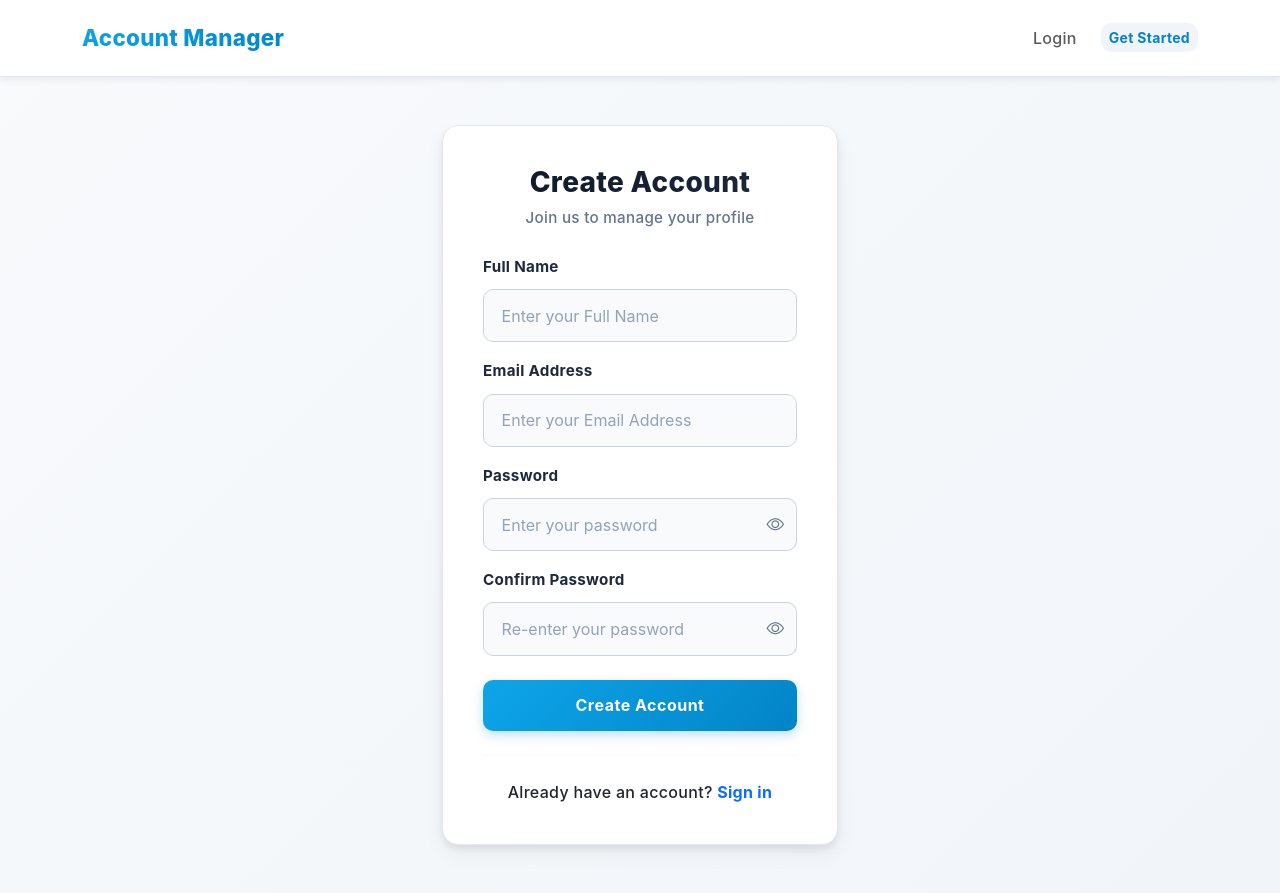
Repository: dharmik2910/Chaintech-Account-Manager
Page: /register
An editor plug-in stored every save of this project. The page is shown before and after the next save, followed by the edit.
The browser window is 1280 px wide. The pictures show the whole page.
The project was rebuilt for these pictures with package versions that can differ from the ones it lists, and the page was loaded fresh each time. Also part of the build but not shown: vite.config.js, src/pages/AccountPage.jsx, src/pages/LoginPage.jsx.

Above is the page before, as saved 2025-12-16 22:04:26.

### index.html
<!doctype html>
<html lang="en">
  <head>
    <meta charset="UTF-8" />
    <link rel="icon" type="image/svg+xml" href="/vite.svg" />
    <meta name="viewport" content="width=device-width, initial-scale=1.0" />
    <!-- Bootstrap Icons for simple eye / eye-slash icons -->
    <link
      rel="stylesheet"
      href="https://cdn.jsdelivr.net/npm/bootstrap-icons@1.11.3/font/bootstrap-icons.min.css"
    />
    <title>chaintech</title>
  </head>
  <body>
    <div id="root"></div>
    <script type="module" src="/src/main.jsx"></script>
  </body>
</html>

### src/main.jsx
import { StrictMode } from 'react'
import { createRoot } from 'react-dom/client'
import { BrowserRouter } from 'react-router-dom'
import 'bootstrap/dist/css/bootstrap.min.css'
import './index.css'
import App from './App.jsx'
import { AuthProvider } from './AuthContext.jsx'

createRoot(document.getElementById('root')).render(
  <StrictMode>
    <BrowserRouter>
      <AuthProvider>
        <App />
      </AuthProvider>
    </BrowserRouter>
  </StrictMode>,
)

### src/index.css
* {
  -webkit-font-smoothing: antialiased;
  -moz-osx-font-smoothing: grayscale;
  box-sizing: border-box;
}

html {
  scroll-behavior: smooth;
}

body {
  margin: 0;
  min-height: 100vh;
  font-family: -apple-system, BlinkMacSystemFont, 'Segoe UI', 'Roboto', 'Oxygen',
    'Ubuntu', 'Cantarell', 'Fira Sans', 'Droid Sans', 'Helvetica Neue',
    sans-serif;
  background: linear-gradient(135deg, #f8fafc 0%, #f1f5f9 100%);
  color: #0f172a;
  font-weight: 500;
  letter-spacing: 0.3px;
}

#root {
  min-height: 100vh;
}

### src/App.jsx
import { Link, Navigate, Route, Routes, useNavigate } from 'react-router-dom'
import './App.css'
import { useAuth } from './AuthContext.jsx'
import AccountPage from './pages/AccountPage.jsx'
import LoginPage from './pages/LoginPage.jsx'
import RegisterPage from './pages/RegisterPage.jsx'

// Simple layout with a top navbar
function Layout({ children }) {
  const { currentUser, logout } = useAuth()
  const navigate = useNavigate()

  const handleLogout = () => {
    logout()
    navigate('/login')
  }

  return (
    <div className="app-root">
      <nav className="navbar navbar-expand-lg">
        <div className="container">
          <Link className="navbar-brand" to="/">
            Account Manager
          </Link>
          <button
            className="navbar-toggler"
            type="button"
            data-bs-toggle="collapse"
            data-bs-target="#mainNavbar"
            aria-controls="mainNavbar"
            aria-expanded="false"
            aria-label="Toggle navigation"
          >
            <span className="navbar-toggler-icon" />
          </button>
          <div className="collapse navbar-collapse" id="mainNavbar">
            <ul className="navbar-nav ms-auto align-items-lg-center gap-lg-2">
              {currentUser ? (
                <>
                  <li className="nav-item me-lg-2">
                    <span className="navbar-text small">Signed in as {currentUser.name}</span>
                  </li>
                  <li className="nav-item mt-2 mt-lg-0">
                    <button className="btn btn-outline-light btn-sm" onClick={handleLogout}>
                      Logout
                    </button>
                  </li>
                </>
              ) : (
                <>
                  <li className="nav-item">
                    <Link className="nav-link" to="/login">
                      Login
                    </Link>
                  </li>
                  <li className="nav-item">
                    <Link className="btn btn-light btn-sm ms-lg-2 mt-2 mt-lg-0" to="/register">
                      Get Started
                    </Link>
                  </li>
                </>
              )}
            </ul>
          </div>
        </div>
      </nav>

      <main className="app-main">
        <div className="container">{children}</div>
      </main>
    </div>
  )
}

// Protect routes that require authentication
function PrivateRoute({ children }) {
  const { currentUser, initialised } = useAuth()

  if (!initialised) {
    return (
      <div className="text-center mt-5">
        <div className="spinner-border text-primary" role="status">
          <span className="visually-hidden">Loading...</span>
        </div>
      </div>
    )
  }

  if (!currentUser) {
    return <Navigate to="/login" replace />
  }

  return children
}

function App() {
  return (
    <Layout>
      <Routes>
        <Route path="/" element={<Navigate to="/account" replace />} />
        <Route path="/login" element={<LoginPage />} />
        <Route path="/register" element={<RegisterPage />} />
        <Route
          path="/account"
          element={
            <PrivateRoute>
              <AccountPage />
            </PrivateRoute>
          }
        />
        <Route path="*" element={<Navigate to="/" replace />} />
      </Routes>
    </Layout>
  )
}

export default App

### src/pages/RegisterPage.jsx
import { useState } from 'react'
import { Link, useNavigate } from 'react-router-dom'
import { useAuth } from '../AuthContext.jsx'

function RegisterPage() {
  const { register } = useAuth()
  const navigate = useNavigate()
  const [name, setName] = useState('')
  const [email, setEmail] = useState('')
  const [password, setPassword] = useState('')
  const [confirmPassword, setConfirmPassword] = useState('')
  const [showPassword, setShowPassword] = useState(false)
  const [showConfirmPassword, setShowConfirmPassword] = useState(false)
  const [error, setError] = useState('')
  const [errors, setErrors] = useState({})
  const [isSubmitting, setIsSubmitting] = useState(false)

  const getPasswordStrength = (pwd) => {
    if (!pwd) return { level: 0, text: '', color: '' }

    let strength = 0

    // Length check
    if (pwd.length >= 6) strength++
    if (pwd.length >= 10) strength++
    if (pwd.length >= 14) strength++

    // Uppercase check
    if (/[A-Z]/.test(pwd)) strength++

    // Lowercase check
    if (/[a-z]/.test(pwd)) strength++

    // Number check
    if (/[0-9]/.test(pwd)) strength++

    // Special character check
    if (/[!@#$%^&*()_+=\-{};':"\\|,.<>/?]/.test(pwd)) strength++

    if (strength <= 2) {
      return { level: 1, text: 'Weak', color: '#ef4444' }
    } else if (strength <= 4) {
      return { level: 2, text: 'Medium', color: '#f59e0b' }
    } else {
      return { level: 3, text: 'Strong', color: '#22c55e' }
    }
  }

  const passwordStrength = getPasswordStrength(password)

  const validateEmail = (email) => {
    const emailRegex = /^[^\s@]+@[^\s@]+\.[^\s@]+$/
    return emailRegex.test(email)
  }

  const validateForm = () => {
    const newErrors = {}

    if (!name.trim()) {
      newErrors.name = 'Full name is required'
    } else if (name.trim().length < 2) {
      newErrors.name = 'Name must be at least 2 characters'
    }

    if (!email.trim()) {
      newErrors.email = 'Email is required'
    } else if (!validateEmail(email)) {
      newErrors.email = 'Please enter a valid email address'
    }

    if (!password) {
      newErrors.password = 'Password is required'
    } else if (password.length < 6) {
      newErrors.password = 'Password must be at least 6 characters'
    } else if (passwordStrength.level === 1) {
      newErrors.password = 'Password is Weak - Add uppercase, numbers, or special characters'
    }

    if (!confirmPassword) {
      newErrors.confirmPassword = 'Please confirm your password'
    } else if (password !== confirmPassword) {
      newErrors.confirmPassword = 'Passwords do not match'
    }

    setErrors(newErrors)
    return Object.keys(newErrors).length === 0
  }

  const handleFieldChange = (field, value) => {
    if (field === 'name') {
      setName(value)
      if (errors.name) setErrors(prev => ({ ...prev, name: '' }))
    } else if (field === 'email') {
      setEmail(value)
      if (errors.email) setErrors(prev => ({ ...prev, email: '' }))
    } else if (field === 'password') {
      setPassword(value)
      if (errors.password) setErrors(prev => ({ ...prev, password: '' }))
    } else if (field === 'confirmPassword') {
      setConfirmPassword(value)
      if (errors.confirmPassword) setErrors(prev => ({ ...prev, confirmPassword: '' }))
    }
    setError('')
  }

  const handleSubmit = async (event) => {
    event.preventDefault()
    setError('')

    if (!validateForm()) {
      return
    }

    try {
      setIsSubmitting(true)
      await register({ name, email, password })
      navigate('/account')
    } catch (e) {
      setError(e.message || 'Unable to register. Please try again.')
    } finally {
      setIsSubmitting(false)
    }
  }

  return (
    <div className="row justify-content-center">
      <div className="col-md-6 col-lg-5 auth-wrapper">
        <div className="card">
          <div className="card-body">
            <h3 className="card-title mb-2 text-center">Create Account</h3>
            <p className="text-muted text-center mb-4">
              Join us to manage your profile
            </p>
            {error && (
              <div className="alert alert-danger" role="alert">
                <strong>Registration Failed:</strong> {error}
              </div>
            )}
            <form onSubmit={handleSubmit} noValidate>
              <div className="mb-3">
                <label htmlFor="name" className="form-label">
                  Full Name
                </label>
                <input
                  id="name"
                  type="text"
                  className={`form-control ${errors.name ? 'is-invalid' : ''}`}
                  value={name}
                  onChange={(e) => handleFieldChange('name', e.target.value)}
                  placeholder="Enter your Full Name"
                  required
                />
                {errors.name && (
                  <div className="invalid-feedback d-block">{errors.name}</div>
                )}
              </div>
              <div className="mb-3">
                <label htmlFor="email" className="form-label">
                  Email Address
                </label>
                <input
                  id="email"
                  type="email"
                  className={`form-control ${errors.email ? 'is-invalid' : ''}`}
                  value={email}
                  onChange={(e) => handleFieldChange('email', e.target.value)}
                  placeholder="Enter your Email Address"
                  required
                />
                {errors.email && (
                  <div className="invalid-feedback d-block">{errors.email}</div>
                )}
              </div>
              <div className="mb-3">
                <label htmlFor="password" className="form-label">
                  Password
                </label>
                <div className="input-group">
                  <input
                    id="password"
                    type={showPassword ? 'text' : 'password'}
                    className={`form-control ${errors.password ? 'is-invalid' : ''}`}
                    value={password}
                    onChange={(e) => handleFieldChange('password', e.target.value)}
                    placeholder="Enter your password"
                    required
                  />
                  <button
                    type="button"
                    className="btn password-toggle-btn"
                    onClick={() => setShowPassword((prev) => !prev)}
                    aria-label={showPassword ? 'Hide password' : 'Show password'}
                  >
                    <i className={showPassword ? 'bi bi-eye-slash' : 'bi bi-eye'} />
                  </button>
                </div>
                {password && (
                  <div className="password-strength-container mt-2">
                    <div className="password-strength-bar">
                      <div
                        className="password-strength-fill"
                        style={{
                          width: `${(passwordStrength.level / 3) * 100}%`,
                          backgroundColor: passwordStrength.color,
                          transition: 'all 0.3s ease'
                        }}
                      />
                    </div>
                    <small
                      className="password-strength-text"
                      style={{ color: passwordStrength.color, fontWeight: 700 }}
                    >
                      Strength: {passwordStrength.text}
                    </small>
                  </div>
                )}
                {errors.password && (
                  <div className="invalid-feedback d-block">{errors.password}</div>
                )}
              </div>
              <div className="mb-4">
                <label htmlFor="confirmPassword" className="form-label">
                  Confirm Password
                </label>
                <div className="input-group">
                  <input
                    id="confirmPassword"
                    type={showConfirmPassword ? 'text' : 'password'}
                    className={`form-control ${
                      confirmPassword && password !== confirmPassword
                        ? 'is-invalid'
                        : confirmPassword && password === confirmPassword
                        ? 'is-valid'
                        : errors.confirmPassword
                        ? 'is-invalid'
                        : ''
                    }`}
                    value={confirmPassword}
                    onChange={(e) => handleFieldChange('confirmPassword', e.target.value)}
                    placeholder="Re-enter your password"
                    required
                  />
                  <button
                    type="button"
                    className="btn password-toggle-btn"
                    onClick={() => setShowConfirmPassword((prev) => !prev)}
                    aria-label={showConfirmPassword ? 'Hide password' : 'Show password'}
                  >
                    <i className={showConfirmPassword ? 'bi bi-eye-slash' : 'bi bi-eye'} />
                  </button>
                </div>
                {confirmPassword && (
                  <div className="password-match-indicator mt-2">
                    {password === confirmPassword ? (
                      <div className="match-success">
                        <i className="bi bi-check-circle-fill" />
                        <span>Passwords match</span>
                      </div>
                    ) : (
                      <div className="match-error">
                        <i className="bi bi-x-circle-fill" />
                        <span>Passwords do not match</span>
                      </div>
                    )}
                  </div>
                )}
                {errors.confirmPassword && (
                  <div className="invalid-feedback d-block">{errors.confirmPassword}</div>
                )}
              </div>
              <button type="submit" className="btn btn-primary w-100" disabled={isSubmitting}>
                {isSubmitting ? 'Creating account...' : 'Create Account'}
              </button>
            </form>
            <hr />
            <p className="mb-0 text-center">
              Already have an account?{' '}
              <Link to="/login" className="link-primary">
                Sign in
              </Link>
            </p>
          </div>
        </div>
      </div>
    </div>
  )
}

export default RegisterPage

Loaded but not shown: src/App.css (436 lines, source omitted); src/AuthContext.jsx (158 lines, source omitted)

After the next save:
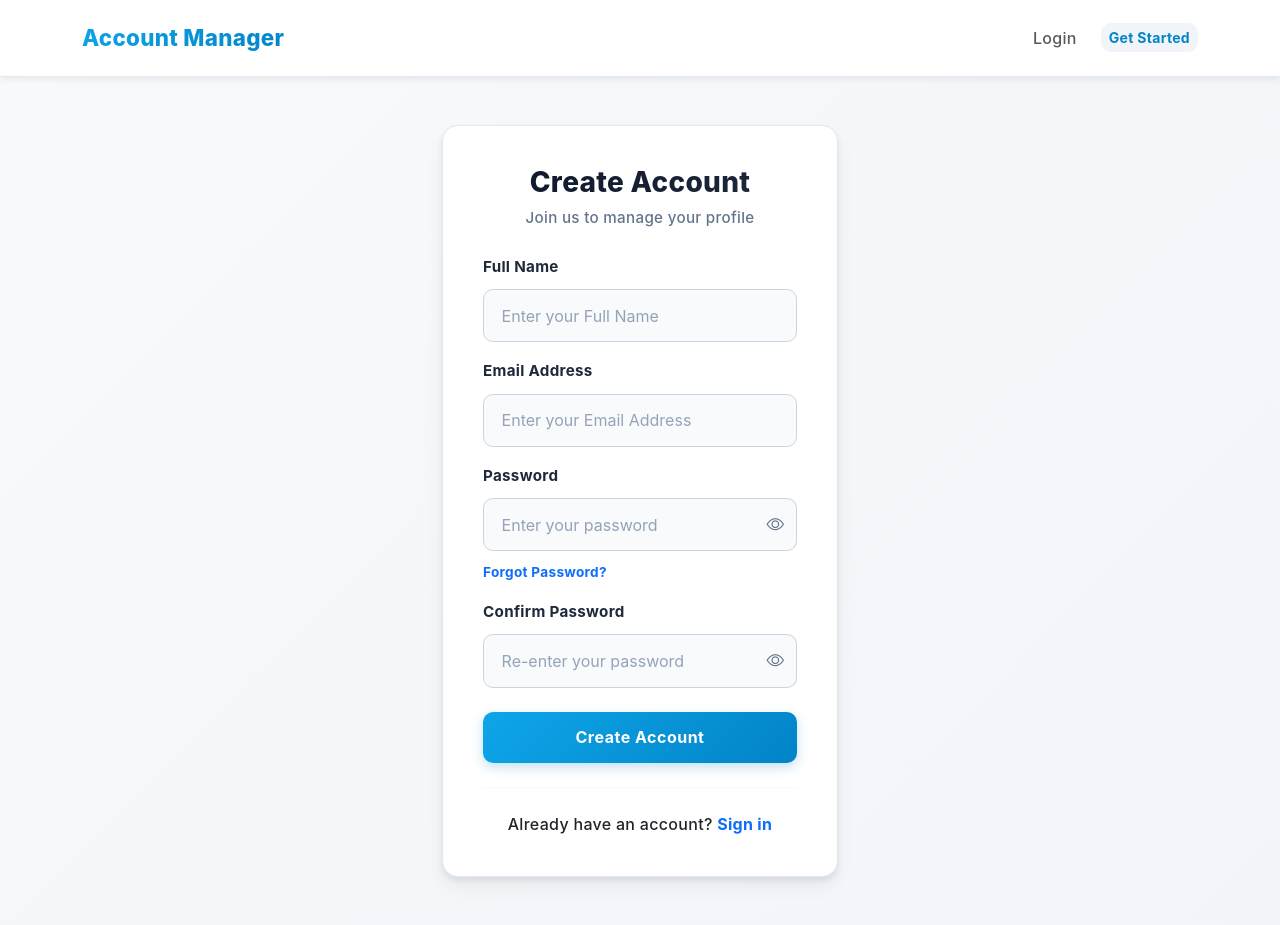
Saved 109 s later.
--- a/src/pages/RegisterPage.jsx
+++ b/src/pages/RegisterPage.jsx
@@ -214,6 +214,11 @@
                     </small>
                   </div>
                 )}
+                <div className="mt-2">
+                  <Link to="/login" className="link-primary" style={{ fontSize: '0.85rem' }}>
+                    Forgot Password?
+                  </Link>
+                </div>
                 {errors.password && (
                   <div className="invalid-feedback d-block">{errors.password}</div>
                 )}

After the save that followed:
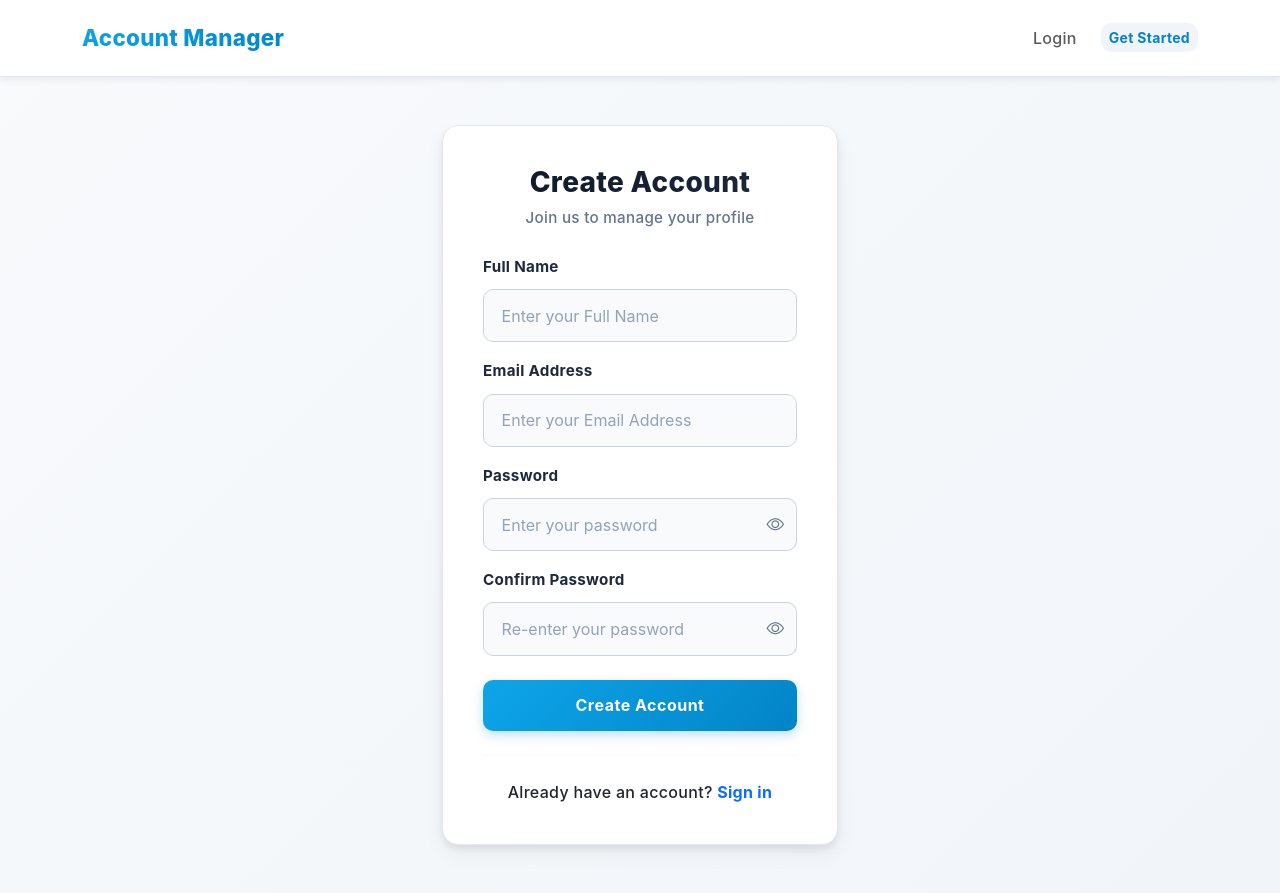
Saved 65 s later.
--- a/src/pages/RegisterPage.jsx
+++ b/src/pages/RegisterPage.jsx
@@ -214,11 +214,6 @@
                     </small>
                   </div>
                 )}
-                <div className="mt-2">
-                  <Link to="/login" className="link-primary" style={{ fontSize: '0.85rem' }}>
-                    Forgot Password?
-                  </Link>
-                </div>
                 {errors.password && (
                   <div className="invalid-feedback d-block">{errors.password}</div>
                 )}
